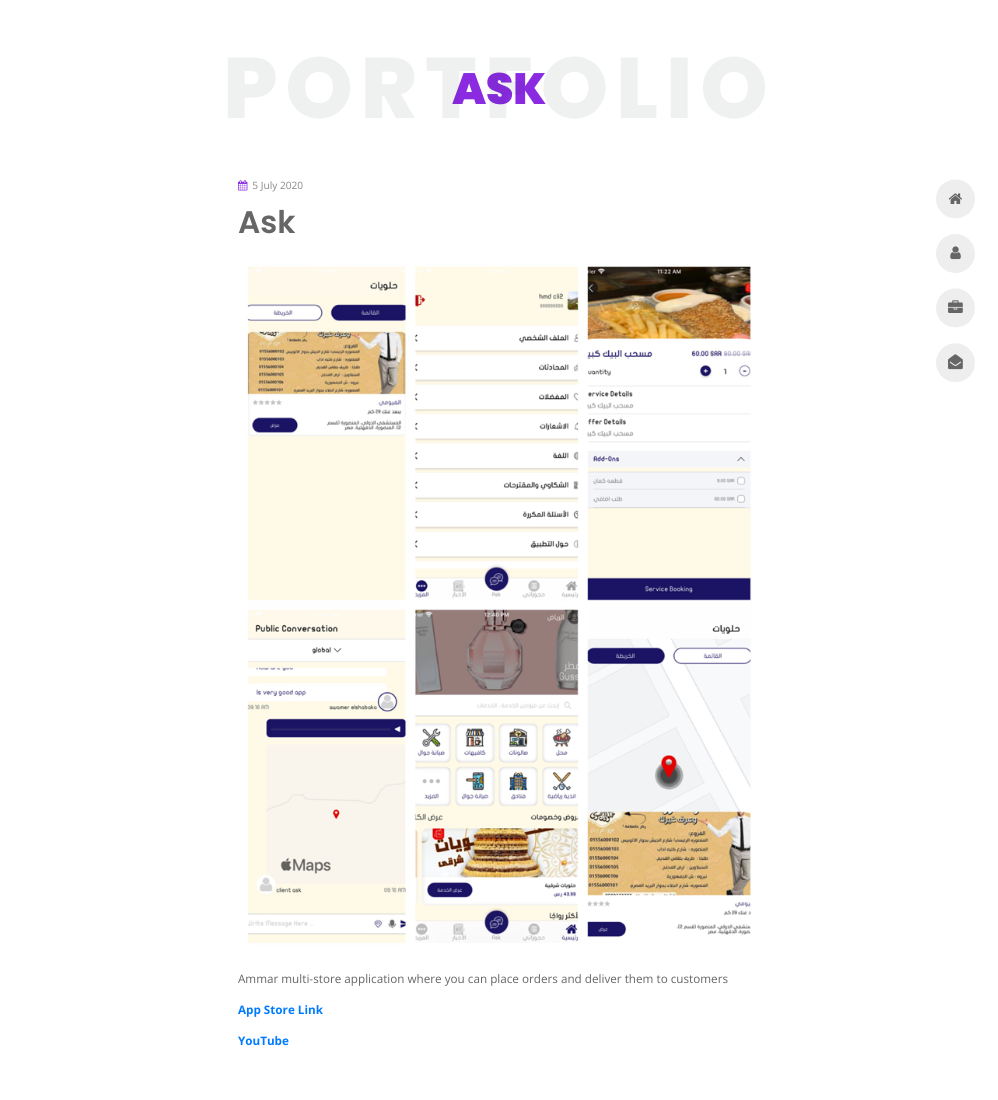
Repository: mhamdimno/mywebsite
Page: projects/Ask/index.html
An editor plug-in stored every save of this project. The page is shown before and after the next save, followed by the edit.
The browser window is 1280 px wide. The pictures show the whole page, at 78% of full size.

Above is the page before, as saved 2021-09-14 21:07:15.

### projects/Ask/index.html
<!DOCTYPE html>
<html lang="en">

<head>
    <meta charset="utf-8">
    <title>Portfoilio | Ask</title>
    <meta name="viewport" content="width=device-width, initial-scale=1">

    <!-- Template Google Fonts -->
    <link href="https://fonts.googleapis.com/css?family=Poppins:400,400i,500,500i,600,600i,700,700i,800,800i,900,900i" rel="stylesheet">
    <link href="https://fonts.googleapis.com/css?family=Open+Sans:300,400,400i,600,600i,700" rel="stylesheet">

    <!-- Template CSS Files -->
    <link href="../../css/bootstrap.min.css" rel="stylesheet">
    <link href="../../css/preloader.min.css" rel="stylesheet">
    <link href="../../css/circle.css" rel="stylesheet">
    <link href="../../css/font-awesome.min.css" rel="stylesheet">
    <link href="../../css/fm.revealator.jquery.min.css" rel="stylesheet">
    <link href="../../css/style.css" rel="stylesheet">



    <!-- Modernizr JS File -->
    <script src="../../js/modernizr.custom.js"></script>
</head>

<body class="blog-post light">
<!-- Header Starts -->
<header class="header" id="navbar-collapse-toggle">
    <!-- Fixed Navigation Starts -->
    <ul class="icon-menu d-none d-lg-block revealator-slideup revealator-once revealator-delay1">
        <li class="icon-box">
            <i class="fa fa-home"></i>
            <a href="../../index.html">
                <h2>Home</h2>
            </a>
        </li>
        <li class="icon-box">
            <i class="fa fa-user"></i>
            <a href="../../about.html">
                <h2>About</h2>
            </a>
        </li>
        <li class="icon-box">
            <i class="fa fa-briefcase"></i>
            <a href="../../portfolio.html">
                <h2>Portfolio</h2>
            </a>
        </li>
        <li class="icon-box">
            <i class="fa fa-envelope-open"></i>
            <a href="../../contact.html">
                <h2>Contact</h2>
            </a>
        </li>
    </ul>
    <!-- Fixed Navigation Ends -->
    <!-- Mobile Menu Starts -->
    <nav role="navigation" class="d-block d-lg-none">
        <div id="menuToggle">
            <input type="checkbox" />
            <span></span>
            <span></span>
            <span></span>
            <ul class="list-unstyled" id="menu">
                <li><a href="../../index.html"><i class="fa fa-home"></i><span>Home</span></a></li>
                <li><a href="../../about.html"><i class="fa fa-user"></i><span>About</span></a></li>
                <li><a href="../../portfolio.html"><i class="fa fa-folder-open"></i><span>Portfolio</span></a></li>
                <li><a href="../../contact.html"><i class="fa fa-envelope-open"></i><span>Contact</span></a></li>
            </ul>
        </div>
    </nav>
    <!-- Mobile Menu Ends -->
</header>
<!-- Header Ends -->
<!-- Page Title Starts -->
<section class="title-section text-left text-sm-center revealator-slideup revealator-once revealator-delay1">
    <h1><span>Ask</span></h1>
    <span class="title-bg">Portfolio</span>
</section>
<!-- Page Title Ends -->
<!-- Main Content Starts -->
<section class="main-content revealator-slideup revealator-once revealator-delay1">
    <div class="container">
        <div class="row">
            <!-- Article Starts -->
            <article class="col-12">
                <!-- Meta Starts -->
                <div class="meta open-sans-font">
                    <span class="date"><i class="fa fa-calendar"></i> 5 July 2020</span>
                    <span></span>
                </div>
                <!-- Meta Ends -->
                <!-- Article Content Starts -->
                <h1 class="text-uppercase text-capitalize">Ask</h1>
                <img src="../../img/projects/Ask.jpg" class="img-fluid" alt="Blog image"/>
                <div class="blog-excerpt open-sans-font pb-5">
                    <p>
                        Ammar multi-store application where you can place orders and deliver them to customers                                                        </p>

                        <strong><a href="https://apps.apple.com/us/app/ask-client/id1565119903" target="_blank">App Store Link</a></strong>

                        <!--<div class="videoWrapper">
                            <iframe width="560" height="349" src="https://www.youtube.com/watch?v=rwyUKQitc4o&feature=youtu.be" frameborder="0" allowfullscreen></iframe>
                          </div>-->
                    </p>
                    <p>
                        <strong><a href="https://youtu.be/BSbDyIxT1fc" target="_blank">YouTube</a></strong>

                        <!--<div class="videoWrapper">
                            <iframe width="560" height="349" src="https://www.youtube.com/watch?v=rwyUKQitc4o&feature=youtu.be" frameborder="0" allowfullscreen></iframe>
                          </div>-->
                    </p>

                </div>
                <!-- Article Content Ends -->
            </article>
            <!-- Article Ends -->
        </div>
    </div>
</section>
<!-- Template JS Files -->
<script src="../../js/jquery-3.5.0.min.js"></script>
<script src="../../js/styleswitcher.js"></script>
<script src="../../js/preloader.min.js"></script>
<script src="../../js/fm.revealator.jquery.min.js"></script>
<script src="../../js/imagesloaded.pkgd.min.js"></script>
<script src="../../js/masonry.pkgd.min.js"></script>
<script src="../../js/classie.js"></script>
<script src="../../js/cbpGridGallery.js"></script>
<script src="../../js/jquery.hoverdir.js"></script>
<script src="../../js/popper.min.js"></script>
<script src="../../js/bootstrap.js"></script>
<script src="../../js/custom.js"></script>

</body>

</html>

Loaded but not shown: css/bootstrap.min.css (library); css/preloader.min.css (common file); css/font-awesome.min.css (library); css/fm.revealator.jquery.min.css (common file); js/modernizr.custom.js (library); js/jquery-3.5.0.min.js (library); js/preloader.min.js (common file); js/fm.revealator.jquery.min.js (common file); js/imagesloaded.pkgd.min.js (library); js/masonry.pkgd.min.js (library); js/jquery.hoverdir.js (library); js/popper.min.js (library); js/bootstrap.js (library); js/cbpGridGallery.js (364 lines, source omitted); js/styleswitcher.js (218 lines, source omitted); js/custom.js (142 lines, source omitted); js/classie.js (68 lines, source omitted); css/style.css (1791 lines, source omitted); css/circle.css (1054 lines, source omitted)

After the next save:
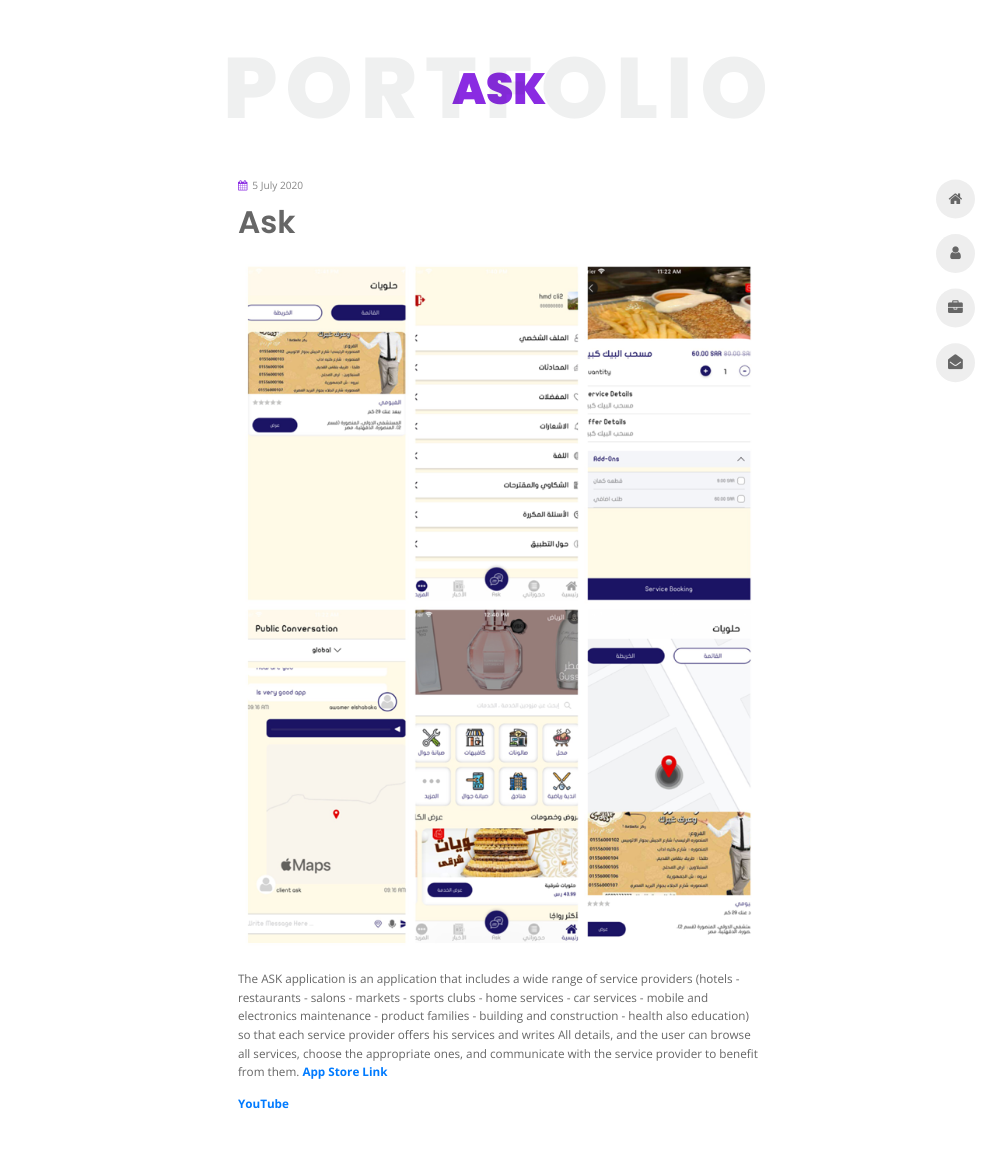
Saved 2 min 30 s later.
--- a/projects/Ask/index.html
+++ b/projects/Ask/index.html
@@ -96,8 +96,8 @@
                 <img src="../../img/projects/Ask.jpg" class="img-fluid" alt="Blog image"/>
                 <div class="blog-excerpt open-sans-font pb-5">
                     <p>
-                        Ammar multi-store application where you can place orders and deliver them to customers                                                        </p>
 
+                        The ASK application is an application that includes a wide range of service providers (hotels - restaurants - salons - markets - sports clubs - home services - car services - mobile and electronics maintenance - product families - building and construction - health also education) so that each service provider offers his services and writes All details, and the user can browse all services, choose the appropriate ones, and communicate with the service provider to benefit from them.
                         <strong><a href="https://apps.apple.com/us/app/ask-client/id1565119903" target="_blank">App Store Link</a></strong>
 
                         <!--<div class="videoWrapper">
